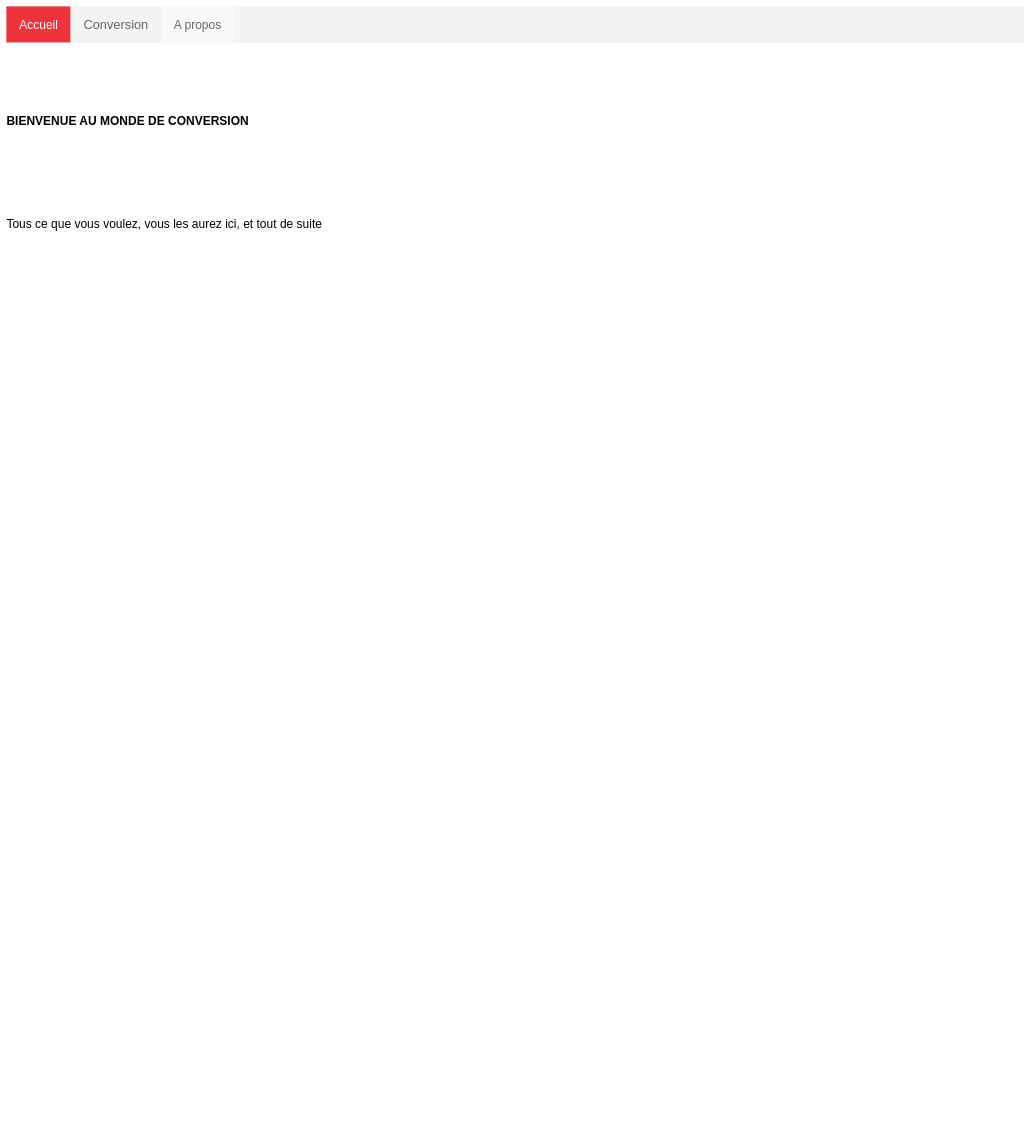
Repository: Santatrasoa/six
Page: Conversion/Conversion/src/main/webapp/index.html
These files come from the project's save history. The page is drawn as it stood at one moment and after the next save; the edit follows.
The browser window is 1280 px wide. The pictures show the whole page, at 80% of full size.

Above is the page before, as saved 2024-04-10 10:00:34.

After the next save:
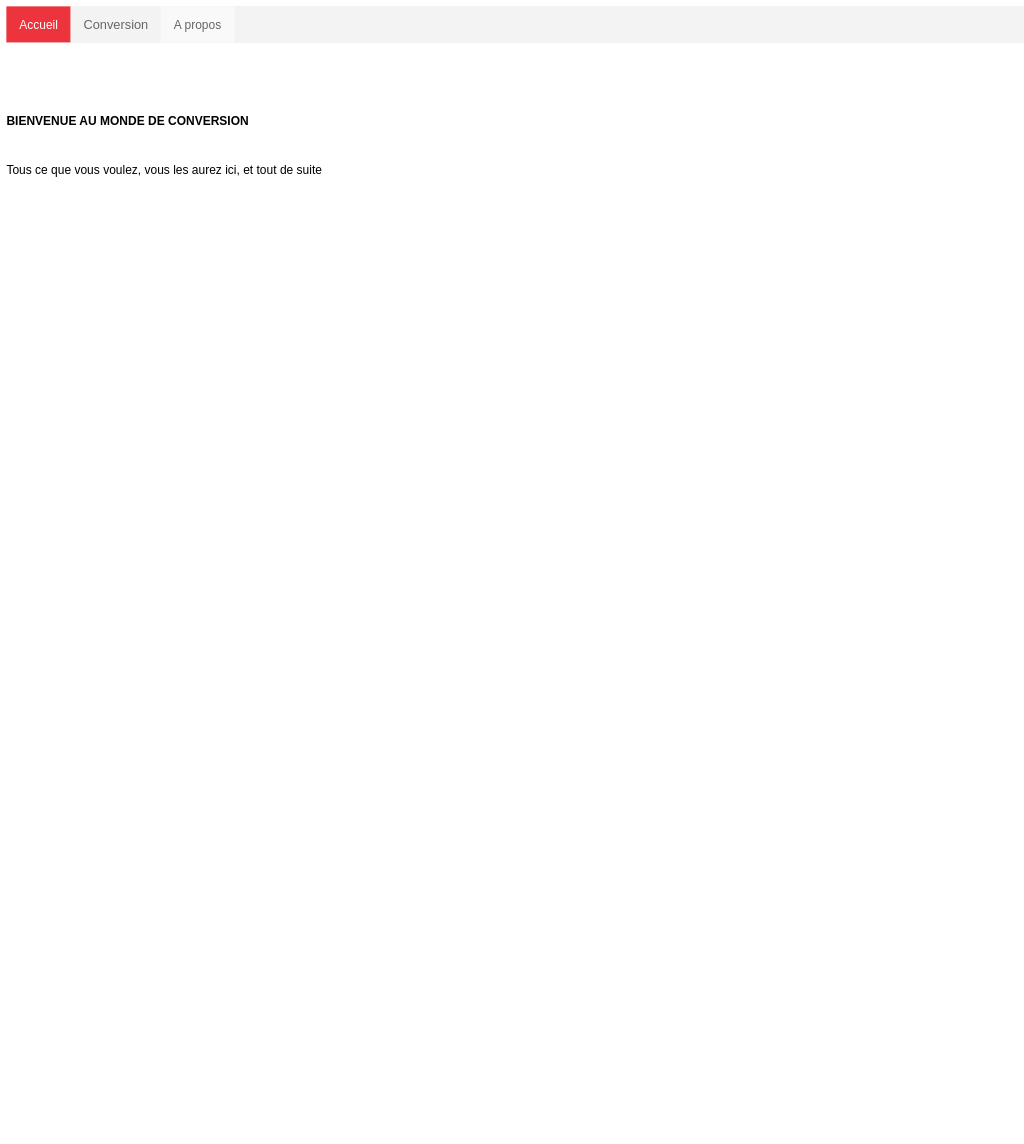
Saved 20 s later.
--- a/Conversion/Conversion/src/main/webapp/index.html
+++ b/Conversion/Conversion/src/main/webapp/index.html
@@ -31,7 +31,7 @@
 		<h1 >
 			BIENVENUE AU MONDE DE CONVERSION
 		</h1>
-		<br><br><br><br><br><br>
+		<br><br>
 		<span> Tous ce que vous voulez, vous les aurez ici, et tout de suite </span>
 	</div>
 </body>
